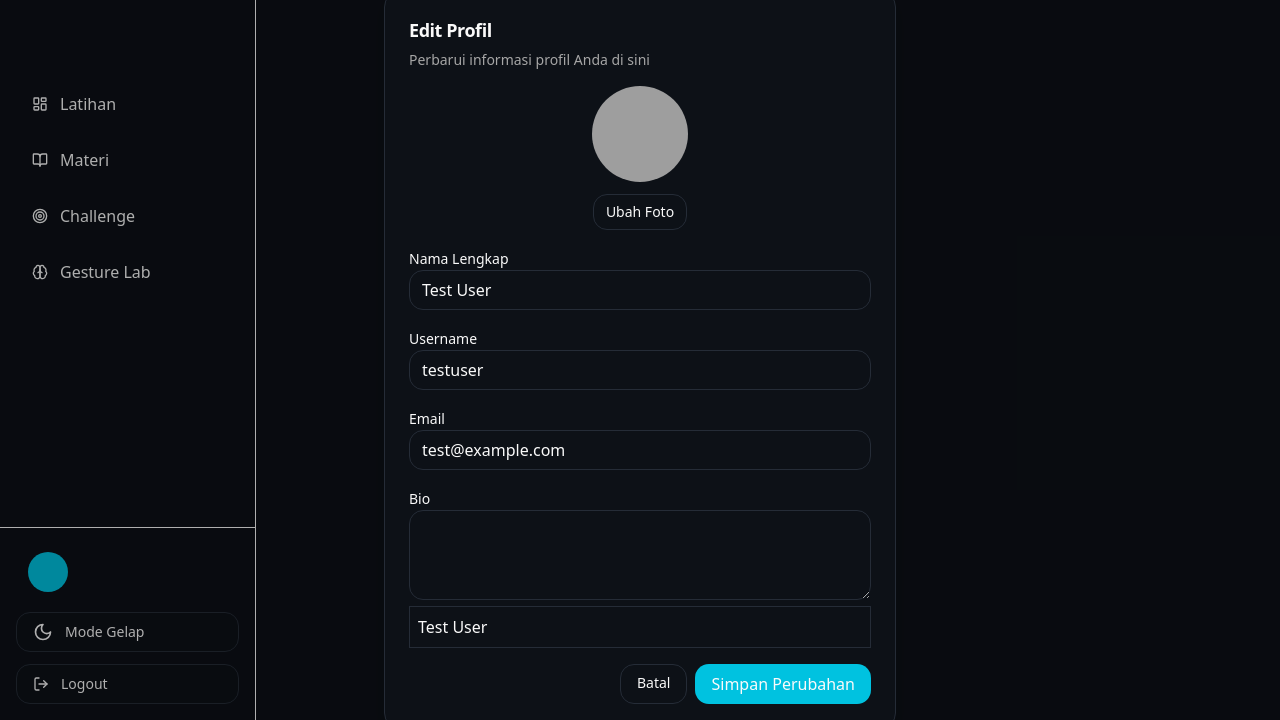
Repository: Tisna7/GESTURA
Page: http://localhost/profile/edit
An editor plug-in stored every save of this project. The page is shown before and after the next save, followed by the edit.
The browser window is 1280 px wide. The pictures show the whole page.
Pictures or frames that could not be fetched are drawn as grey boxes. The page is served by the project's Laravel application, run on PHP 8.4 with Laravel 12. A made-up administrator, Test User (test@example.com), is signed in. Other server files are loaded and not shown. Style sheets and scripts are compiled from the project's sources, by tool versions that may differ from the author's.

Above is the page before, as saved 2025-11-23 16:08:21.

### app/Providers/AppServiceProvider.php
<?php

namespace App\Providers;

use Illuminate\Support\ServiceProvider;

class AppServiceProvider extends ServiceProvider
{
    /**
     * Register any application services.
     */
    public function register(): void
    {

    }

    /**
     * Bootstrap any application services.
     */
    public function boot(): void
    {

    }
}

### routes/web.php
<?php

use Illuminate\Support\Facades\Route;
use App\Http\Controllers\AuthController;
use App\Http\Controllers\ProfileController;

Route::get('/', function () {
    return view('landingpage');
});

Route::get('/auth', [AuthController::class, 'showPage'])->name('auth.page');

// Route::post('/register', [AuthController::class, 'register'])->name('register');

// Route::post('/login', [AuthController::class, 'login'])->name('login');
// Route::post('/logout', [AuthController::class, 'logout'])->name('logout');


// REGISTER
Route::post('/register', [AuthController::class, 'register'])->name('auth.register');

// LOGIN
Route::post('/login', [AuthController::class, 'login'])->name('auth.login');

// LOGIN GUEST
Route::get('/login/guest', [AuthController::class, 'loginGuest'])->name('auth.guest');

// LOGOUT
Route::get('/logout', [AuthController::class, 'logout'])->name('auth.logout');


Route::get('/profile/edit', [ProfileController::class, 'edit'])->name('profile.edit');
Route::put('/profile/update', [ProfileController::class, 'update'])->name('profile.update');


Route::get('/profile', function () {
    return view('user.profile');
});
Route::get('/materi', function () {
    return view('user.materi');
});
Route::get('/gesturelab', function () {
    return view('user.gesture-lab-practice');
});
Route::get('/gesture-lab-translate', function () {
    return view('user.gesture-lab-translate');
});
Route::get('/materi-isi', function () {
    return view('user.materi-isi');
});
Route::get('/latihan', function () {
    return view('user.quiz');
});
Route::get('/Challenge', function () {
    return view('user.challenge');
});
Route::get('/Challenge-isi', function () {
    return view('user.challenge-isi');
});

### app/Http/Controllers/ProfileController.php
<?php

namespace App\Http\Controllers;

use Illuminate\Http\Request;
use Illuminate\Support\Facades\Auth;

class ProfileController extends Controller
{
    public function edit()
    {
        $user = Auth::user();
        return view('user.profile-edit', compact('user'));
    }

    public function update(Request $request)
    {
        $request->validate([
            'name'     => 'required|string|max:255',
            'username' => 'required|string|max:255|unique:users,username,' . Auth::id(),
            'bio'      => 'nullable|string|max:255',
        ]);

        $user = Auth::user();

        $user->update([
            'name'     => $request->name,
            'username' => $request->username,
            'bio'      => $request->bio,
        ]);

    return redirect('/profile')->with('success', 'Profil berhasil diperbarui!');
    }
}

### resources/views/user/profile-edit.blade.php
@extends('app')
@section('title', 'Edit Profil')

@section('content')

    {{-- Sidebar --}}
    <x-sidebar-user></x-sidebar-user>

    {{-- Konten Halaman --}}
    <div class="ml-[16rem] p-6">
        {{-- (optional) Isi konten lain di sini --}}
    </div>

    {{-- ======================== MODAL ======================== --}}
    <div class="fixed inset-0 z-50 flex items-center justify-center bg-black/30">

        <div class="w-full max-w-lg bg-background border p-6 shadow-lg rounded-lg animate-in fade-in zoom-in">

            {{-- Header --}}
            <div class="flex flex-col space-y-1.5 text-center sm:text-left">
                <h2 class="text-lg font-semibold">Edit Profil</h2>
                <p class="text-sm text-muted-foreground">Perbarui informasi profil Anda di sini</p>
            </div>

            {{-- Form --}}
            <form action="{{ route('profile.update') }}" method="POST" class="mt-4">
                @csrf

                {{-- FOTO --}}
                <div class="flex flex-col items-center gap-3 mb-4">
                    <span class="relative flex overflow-hidden rounded-full h-24 w-24 border-4 border-primary/20">
                        <img class="h-full w-full object-cover"
                            src="https://api.dicebear.com/7.x/avataaars/svg?seed={{ $user->username ?? 'user' }}">
                    </span>

                    <button type="button"
                        class="inline-flex items-center gap-2 border rounded-md h-9 px-3 text-sm hover:bg-accent hover:text-accent-foreground">
                        Ubah Foto
                    </button>
                </div>

                {{-- INPUT --}}
                <div class="space-y-4">

                    <div>
                        <label class="text-sm font-medium">Nama Lengkap</label>
                        <input type="text" name="name" value="{{ old('name', $user->name) }}"
                            class="w-full h-10 rounded-md border px-3 py-2">
                    </div>

                    <div>
                        <label class="text-sm font-medium">Username</label>
                        <input type="text" name="username" value="{{ old('username', $user->username) }}"
                            class="w-full h-10 rounded-md border px-3 py-2">
                    </div>

                    <div>
                        <label class="text-sm font-medium">Email</label>
                        <input type="email" name="email" value="{{ old('email', $user->email) }}"
                            class="w-full h-10 rounded-md border px-3 py-2">
                    </div>

                    <div>
                        <label class="text-sm font-medium">Bio</label>
                        <textarea name="bio" rows="3" class="w-full rounded-md border px-3 py-2">{{ old('bio', $user->bio) }}</textarea>
                    </div>

                </div>

                {{-- BUTTONS --}}
                <form action="{{ route('profile.update') }}" method="POST">
    @csrf
    @method('PUT')

    {{-- Semua input di sini --}}
    <div class="space-y-4">
        {{-- contoh --}}
        <input type="text" name="name" value="{{ $user->name }}" class="border p-2 w-full">
        {{-- input lain --}}
    </div>

    {{-- Tombol --}}
    <div class="flex justify-end gap-2 pt-4">
        <a href="/profile" class="border rounded-md px-4 py-2 text-sm hover:bg-accent">
            Batal
        </a>

        <button type="submit" class="bg-primary text-white rounded-md px-4 py-2 hover:bg-primary/90">
            Simpan Perubahan
        </button>
    </div>

</form>



            </form>

        </div>
    </div>

@endsection

### resources/views/components/sidebar-user.blade.php
@php
    use Illuminate\Support\Facades\Auth;
@endphp



<aside
    class="fixed top-0 left-0 h-full bg-sidebar border-r border-sidebar-border shadow-medium z-40 transition-transform duration-300 -translate-x-full lg:translate-x-0 w-64">
    <div class="flex flex-col h-full">

        {{-- LOGO --}}
        <div class="hidden lg:flex items-center gap-2 p-6 border-b border-sidebar-border">
            <div class="w-10 h-10 rounded-full bg-gradient-hero flex items-center justify-center shadow-soft">
                <img src="{{ asset('images/logo.png') }}" alt="MindCare Logo" class="w-8 h-8">
            </div>
            <div>
                <span class="text-xl font-bold bg-gradient-to-r from-primary to-accent bg-clip-text text-transparent block">
                    MindCare
                </span>
            </div>
        </div>

        {{-- MENU --}}
        <nav class="flex-1 p-4 space-y-2 overflow-y-auto mt-16 lg:mt-0">

            {{-- Latihan --}}
            <a class="{{ request()->is('latihan') ? 'bg-sidebar-accent text-sidebar-accent-foreground font-medium shadow-soft'
                : 'text-sidebar-foreground hover:bg-sidebar-accent/50' }}
                flex items-center gap-3 px-4 py-3 rounded-xl transition-smooth"
                href="/latihan">

                <svg xmlns="http://www.w3.org/2000/svg" viewBox="0 0 24 24"
                    fill="none" stroke="currentColor" stroke-width="2"
                    stroke-linecap="round" stroke-linejoin="round"
                    class="lucide lucide-layout-dashboard w-4 h-4">
                    <rect width="7" height="9" x="3" y="3" rx="1"></rect>
                    <rect width="7" height="5" x="14" y="3" rx="1"></rect>
                    <rect width="7" height="9" x="14" y="12" rx="1"></rect>
                    <rect width="7" height="5" x="3" y="16" rx="1"></rect>
                </svg>

                <span>Latihan</span>
            </a>

            {{-- Materi --}}
            <a class="{{ request()->is('materi') ? 'bg-sidebar-accent text-sidebar-accent-foreground font-medium shadow-soft'
                : 'text-sidebar-foreground hover:bg-sidebar-accent/50' }}
                flex items-center gap-3 px-4 py-3 rounded-xl transition-smooth"
                href="/materi">

                <svg xmlns="http://www.w3.org/2000/svg" viewBox="0 0 24 24"
                    fill="none" stroke="currentColor" stroke-width="2"
                    stroke-linecap="round" stroke-linejoin="round"
                    class="lucide lucide-book-open w-4 h-4">
                    <path d="M12 7v14"></path>
                    <path
                        d="M3 18a1 1 0 0 1-1-1V4a1 1 0 0 1 1-1h5a4 4 0 0 1 4 4 4 4 0 0 1 4-4h5a1 1 0 0 1 1 1v13a1 1 0 0 1-1 1h-6a3 3 0 0 0-3 3 3 3 0 0 0-3-3z">
                    </path>
                </svg>

                <span>Materi</span>
            </a>

            {{-- Challenge --}}
            <a class="{{ request()->is('Challenge') ? 'bg-sidebar-accent text-sidebar-accent-foreground font-medium shadow-soft'
                : 'text-sidebar-foreground hover:bg-sidebar-accent/50' }}
                flex items-center gap-3 px-4 py-3 rounded-xl transition-smooth"
                href="/Challenge">

                <svg xmlns="http://www.w3.org/2000/svg" viewBox="0 0 24 24"
                    fill="none" stroke="currentColor" stroke-width="2"
                    stroke-linecap="round" stroke-linejoin="round"
                    class="lucide lucide-target w-4 h-4">
                    <circle cx="12" cy="12" r="10"></circle>
                    <circle cx="12" cy="12" r="6"></circle>
                    <circle cx="12" cy="12" r="2"></circle>
                </svg>

                <span>Challenge</span>
            </a>

            {{-- Gesture Lab --}}
            <a class="{{ request()->is('gesturelab') ? 'bg-sidebar-accent text-sidebar-accent-foreground font-medium shadow-soft'
                : 'text-sidebar-foreground hover:bg-sidebar-accent/50' }}
                flex items-center gap-3 px-4 py-3 rounded-xl transition-smooth"
                href="/gesturelab">

                <svg xmlns="http://www.w3.org/2000/svg" viewBox="0 0 24 24"
                    fill="none" stroke="currentColor" stroke-width="2"
                    stroke-linecap="round" stroke-linejoin="round"
                    class="lucide lucide-brain w-4 h-4">

                    <path d="M12 5a3 3 0 1 0-5.997.125 4 4 0 0 0-2.526 5.77 4 4 0 0 0 .556 6.588A4 4 0 1 0 12 18Z"></path>
                    <path d="M12 5a3 3 0 1 1 5.997.125 4 4 0 0 1 2.526 5.77 4 4 0 0 1-.556 6.588A4 4 0 1 1 12 18Z"></path>
                    <path d="M15 13a4.5 4.5 0 0 1-3-4 4.5 4.5 0 0 1-3 4"></path>

                </svg>

                <span>Gesture Lab</span>
            </a>
        </nav>

        {{-- BOTTOM SECTION --}}
        <div class="p-4 border-t border-sidebar-border space-y-3">

            {{-- User Button --}}
            <button
                class="w-full flex items-center gap-3 px-3 py-2 rounded-xl hover:bg-sidebar-accent transition-smooth"
                type="button">
                <span class="relative flex items-center justify-center shrink-0 overflow-hidden rounded-full w-10 h-10 bg-primary"></span>
                <div class="flex-1 text-left">
                    <p class="text-sm font-medium text-sidebar-foreground"></p>
                    <p class="text-xs text-muted-foreground"></p>
                </div>
            </button>

            {{-- Mode Gelap --}}
            <button
                class="inline-flex items-center whitespace-nowrap rounded-md text-sm font-medium border border-input bg-background hover:bg-accent hover:text-accent-foreground h-10 px-4 py-2 w-full justify-start gap-3 hover:bg-accent transition-smooth">
                <svg xmlns="http://www.w3.org/2000/svg" viewBox="0 0 24 24"
                    fill="none" stroke="currentColor" stroke-width="2"
                    stroke-linecap="round" stroke-linejoin="round"
                    class="lucide lucide-moon w-4 h-4">
                    <path d="M12 3a6 6 0 0 0 9 9 9 9 0 1 1-9-9Z"></path>
                </svg>
                <span>Mode Gelap</span>
            </button>

            {{-- Logout --}}
            <form action="" method="POST">
                @csrf
                <button type="submit"
                    class="inline-flex items-center whitespace-nowrap rounded-md text-sm font-medium border border-input bg-background hover:bg-accent hover:text-accent-foreground h-10 px-4 py-2 w-full justify-start gap-3">

                    <svg xmlns="http://www.w3.org/2000/svg" viewBox="0 0 24 24"
                        fill="none" stroke="currentColor" stroke-width="2"
                        stroke-linecap="round" stroke-linejoin="round"
                        class="lucide lucide-log-out w-4 h-4">
                        <path d="M9 21H5a2 2 0 0 1-2-2V5a2 2 0 0 1 2-2h4"></path>
                        <polyline points="16 17 21 12 16 7"></polyline>
                        <line x1="21" x2="9" y1="12" y2="12"></line>
                    </svg>

                    <span>Logout</span>
                </button>
            </form>

        </div>
    </div>
</aside>




<script>
    const html = document.documentElement;
    const toggleDark = document.querySelector('.hover\\:bg-accent'); // tombol "Mode Gelap"
    const icon = toggleDark.querySelector('svg');
    const label = toggleDark.querySelector('span');

    // Cek tema yang tersimpan
    const storedTheme = localStorage.getItem("theme");
    const systemPrefersDark = window.matchMedia("(prefers-color-scheme: dark)").matches;

    // Fungsi ubah tema
    function setTheme(dark) {
        if (dark) {
            html.classList.add("dark");
            localStorage.setItem("theme", "dark");
            label.textContent = "Mode Terang";
            icon.outerHTML = `
        <svg xmlns="http://www.w3.org/2000/svg" width="24" height="24"
          viewBox="0 0 24 24" fill="none" stroke="currentColor"
          stroke-width="2" stroke-linecap="round" stroke-linejoin="round"
          class="lucide lucide-sun w-5 h-5">
          <circle cx="12" cy="12" r="4"></circle>
          <path d="M12 2v2"></path>
          <path d="M12 20v2"></path>
          <path d="m4.93 4.93 1.41 1.41"></path>
          <path d="m17.66 17.66 1.41 1.41"></path>
          <path d="M2 12h2"></path>
          <path d="M20 12h2"></path>
          <path d="m6.34 17.66-1.41 1.41"></path>
          <path d="m19.07 4.93-1.41 1.41"></path>
        </svg>`;
        } else {
            html.classList.remove("dark");
            localStorage.setItem("theme", "light");
            label.textContent = "Mode Gelap";
            icon.outerHTML = `
        <svg xmlns="http://www.w3.org/2000/svg" width="24" height="24"
          viewBox="0 0 24 24" fill="none" stroke="currentColor"
          stroke-width="2" stroke-linecap="round" stroke-linejoin="round"
          class="lucide lucide-moon w-5 h-5">
          <path d="M12 3a6 6 0 0 0 9 9 9 9 0 1 1-9-9Z"></path>
        </svg>`;
        }
    }

    // Terapkan tema saat load pertama
    setTheme(storedTheme === "dark" || (!storedTheme && systemPrefersDark));

    // Tambahkan event listener untuk toggle
    toggleDark.addEventListener("click", () => {
        setTheme(!html.classList.contains("dark"));
    });
</script>

### resources/views/app.blade.php
<!DOCTYPE html>
<html lang="id">
<head>
  <meta charset="UTF-8">
  <meta name="viewport" content="width=device-width, initial-scale=1.0">
  <meta name="csrf-token" content="{{ csrf_token() }}">
  <link rel="icon" type="image/png" href="{{ asset('images/logo.png') }}">
  <title>@yield('title', 'GESTURA')</title>

  <!-- Tailwind CSS -->
  {{-- @vite('public/build/app-Lz3KVd0D.css') --}}
  {{-- <!-- @vite('resources/css/app.css') --> --}}
   {{-- <!-- @vite('public/build/assets/app-TBPMHXQo.css') --> --}}

  @vite(['resources/css/app.css', 'resources/css/theme.css'])

  <script defer src="https://cdn.jsdelivr.net/npm/alpinejs@3.x.x/dist/cdn.min.js"></script>

</head>
<body>
  @yield('content')
</body>
</html>

### resources/css/app.css
@import 'tailwindcss';
@import "./theme.css";

@source '../../vendor/laravel/framework/src/Illuminate/Pagination/resources/views/*.blade.php';
@source '../../storage/framework/views/*.php';
@source '../**/*.blade.php';
@source '../**/*.js';

@theme {
    --font-sans: 'Instrument Sans', ui-sans-serif, system-ui, sans-serif, 'Apple Color Emoji', 'Segoe UI Emoji',
        'Segoe UI Symbol', 'Noto Color Emoji';

    --color-background: #ffabcc;
}

Loaded but not shown: app/Models/User.php (common file); app/Http/Controllers/Controller.php (common file); resources/css/theme.css (library)

After the next save:
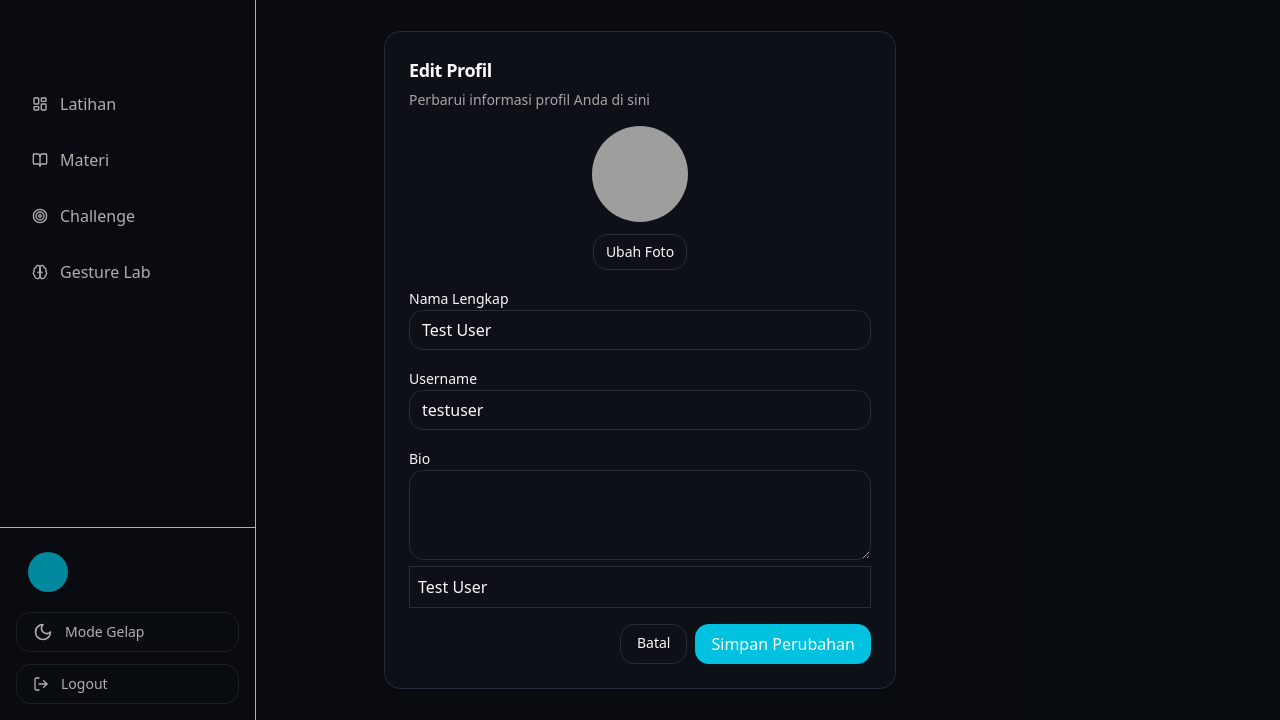
Saved 48 s later.
--- a/resources/views/user/profile-edit.blade.php
+++ b/resources/views/user/profile-edit.blade.php
@@ -55,12 +55,6 @@
                     </div>
 
                     <div>
-                        <label class="text-sm font-medium">Email</label>
-                        <input type="email" name="email" value="{{ old('email', $user->email) }}"
-                            class="w-full h-10 rounded-md border px-3 py-2">
-                    </div>
-
-                    <div>
                         <label class="text-sm font-medium">Bio</label>
                         <textarea name="bio" rows="3" class="w-full rounded-md border px-3 py-2">{{ old('bio', $user->bio) }}</textarea>
                     </div>

After the save that followed:
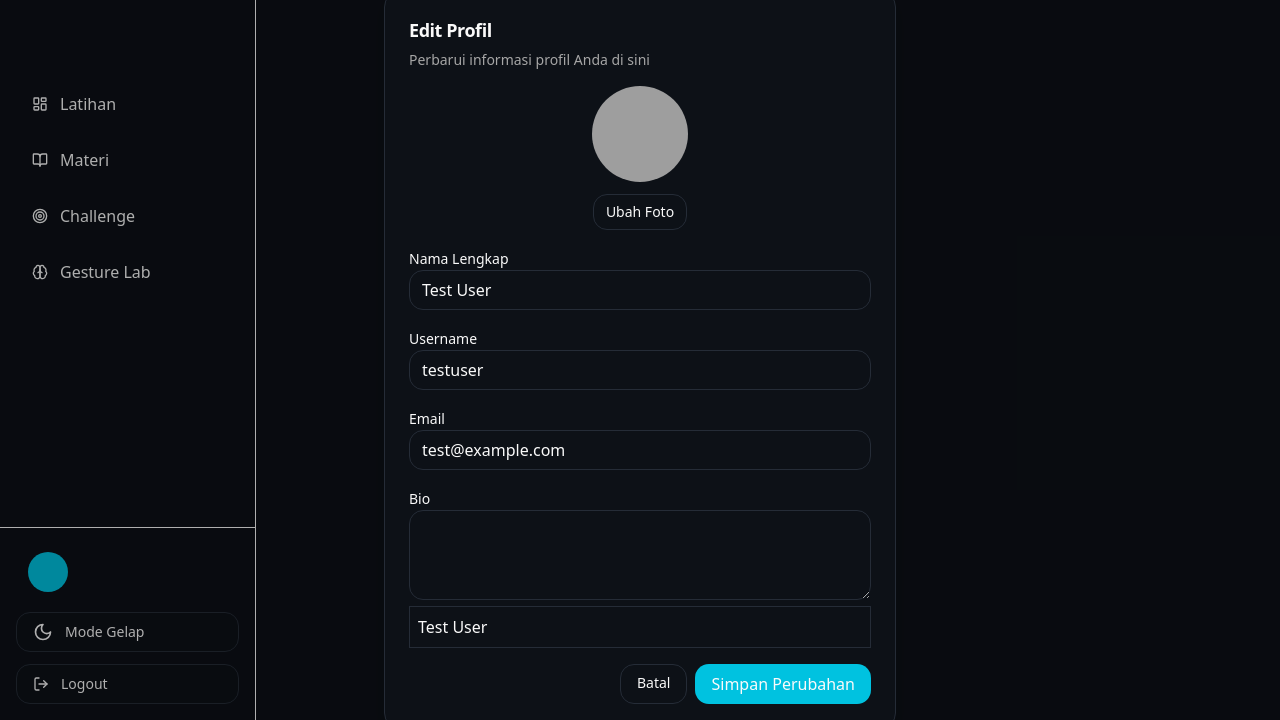
Saved 19 s later.
--- a/resources/views/user/profile-edit.blade.php
+++ b/resources/views/user/profile-edit.blade.php
@@ -55,6 +55,12 @@
                     </div>
 
                     <div>
+                        <label class="text-sm font-medium">Email</label>
+                        <input type="email" name="email" value="{{ old('email', $user->email) }}"
+                            class="w-full h-10 rounded-md border px-3 py-2">
+                    </div>
+
+                    <div>
                         <label class="text-sm font-medium">Bio</label>
                         <textarea name="bio" rows="3" class="w-full rounded-md border px-3 py-2">{{ old('bio', $user->bio) }}</textarea>
                     </div>
